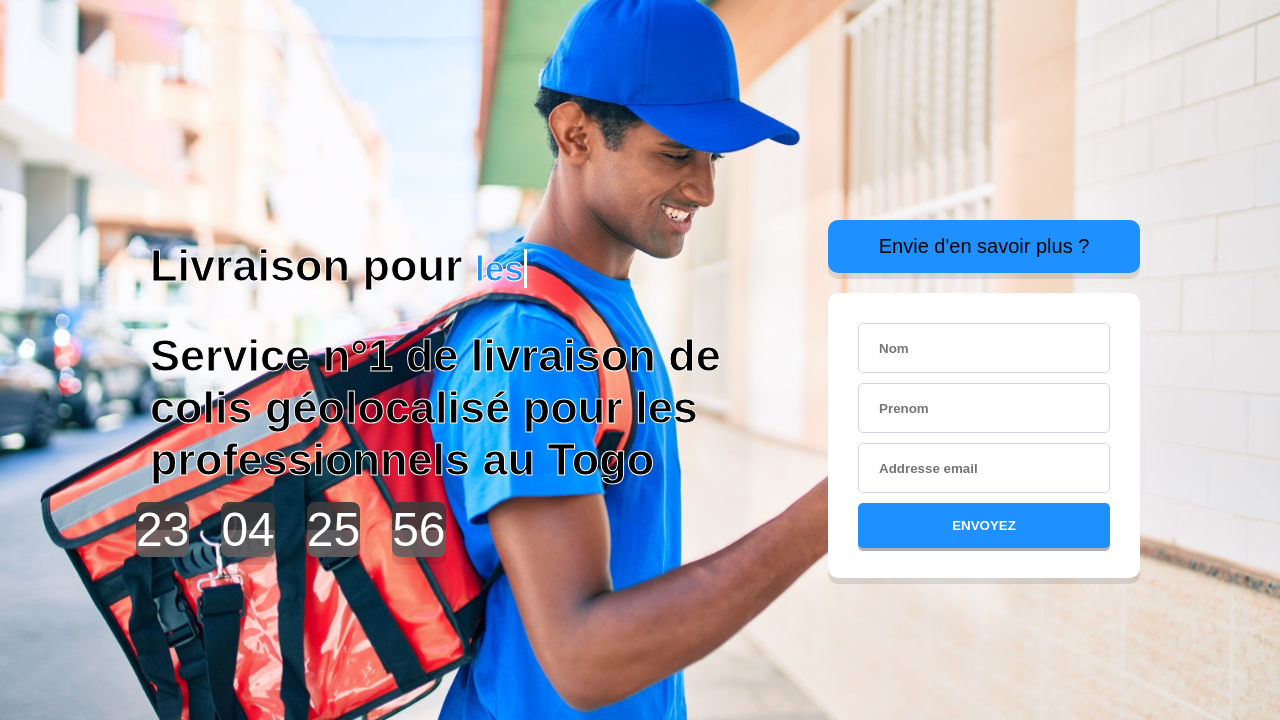
Repository: lawalalao/landpage
Page: index.html
These files come from the project's save history. The page is drawn as it stood at one moment and after the next save; the edit follows.
The browser window is 1280 px wide. The pictures show the whole page.
Some web fonts or font styles are not loaded; a fallback is used.

Above is the page before, as saved 2021-01-14 19:15:36.
Console error: TypeError: Cannot read properties of null (reading 'addEventListener')

### index.html
<!DOCTYPE html>
<html lang="en">
<head>
    <meta charset="UTF-8">

    <meta name="viewport" content="width=device-width, initial-scale=1.0">
    <link rel="shortcut icon" type="image/x-icon" href="./assets/icone.png">
    <meta http-equiv="refresh" content="30">
    <link href="./assets/fontawesome-free-5.15.1-web/css/all.css" rel="stylesheet">
    <link rel="preconnect" href="https://fonts.gstatic.com">
    <link href="https://fonts.googleapis.com/css2?family=Allerta+Stencil&display=swap" rel="stylesheet">
    <link rel="stylesheet" href="style.css">
    <title>chapchap</title>
     <meta name="description" content="Service n°1 de livraison de colis géolocalisé pour les professionnels au Togo.comingsoon">
</head>
<body>

        <div class="nav" id="navbar">
            <nav class="navbar navbar-light bg-light">
            <a class="navbar-brand" href="#">
                <img src="./assets/logo.png" width="90" height="90" alt="logo" loading="lazy">
            </a>
            </nav>
            <div class="social">
                <a href="https://web.facebook.com/chapchap.tg" target="_blank" ><i class="fab fa-facebook-square"></i></a>
                <a href="https://www.instagram.com/chapchap_tg/" target="_blank"><i class="fab fa-instagram-square"></i></a>
                <a href="https://twitter.com/chapchap_tg" target="_blank"><i class="fab fa-twitter-square"></i></a>
                <a href="https://www.linkedin.com/company/chapchap-tg" target="_blank" ><i class="fab fa-linkedin"></i></a>
            </div>
        </div>

    <section class="signup">
        <div class="signup-intro">
            <h1 class="z">Livraison pour
                <span class="txt-type" data-wait="500" data-words='["les colis", "les plis", "les marchandises", "le retail", "le dernier Kilometre"]'></span>
            </h1>
            <h1 class="x">Service n°1 de livraison de colis géolocalisé pour les professionnels au Togo</h1>
             <div class="countdown"></div>

        </div>

        <div class="signup-form">
            <div class="tryit-banner">
                <p>Envie d'en savoir plus ? </p>
            </div>

            <form action="https://formspree.io/f/xleollba" method="POST"">
                <input type="text" name="name" placeholder="Nom">
                <input type="text" name="name" placeholder="Prenom">
                <input type="email" name="_replyto"placeholder="Addresse email" required>

                <button class="button">Envoyez</button>

            </form>
        </div>
    </section>
</body>
<script src="./app.js"></script>
<script>  var prevScrollpos = window.pageYOffset;
      window.onscroll = function() {

      var currentScrollpos = window.pageYOffset;
      if(prevScrollpos > currentScrollpos) {
            document.getElementById("navbar").style.top = "0";
      } else {
            document.getElementById("navbar").style.top = "-400px";
      }

      prevScrollpos = currentScrollpos;

      }</script>
</html>

### style.css
body {
    font-family: 'Allerta Stencil',
    sans-serif;
    max-width: 310px;
    margin: 0 auto;
    padding: 20px 20px;
    background: url("./assets/image.jpeg") center no-repeat;
    background-repeat: no-repeat;
    background-size: cover;
    color: Black;
    text-align: center;
}
.social i{
    color:#1E90FF;
}
.nav {
    margin-top: 30px;
    position: fixed;
    z-index: 1000;
    top: 0;
    right: 30px;
    left: 40px;
    height: 35px;
    display: flex;
    flex-direction: column;
    justify-content: space-between;
    align-items: center;
    padding: 0 25px 0 25px;
    background-color: transparent;
    transition: top 0.3s;


}

.z{
    margin-top: 70px;
}
.nav a {
    float: left;
    font-size: 28px;
    font-weight: bold;
    margin-left: 25px;
    color: black;
    text-decoration: none;

}
.txt-type>.txt {
    font-size: 35px;
    color: #1E90FF;
    border-right: 0.2rem solid white;
}
h1{
    -webkit-text-stroke: 1px white;
    color:black;
}
p {
    font-size: 14px;
}

.tryit-banner {
    background-color:#1E90FF;
    border-radius: 10px;
    margin-top: 50px;
    box-shadow: 0px 6px 0px rgba(0, 0, 0, 0.1);
    font-size: 14px;
}

.tryit-banner p {
    padding: 15px 0;
}

input, button {
    font-family: 'Allerta Stencil',
    sans-serif;
}

form {
    background-color: #fff;
    margin-top: 20px;
    display: flex;
    flex-direction: column;
    padding: 20px;
    border-radius: 10px;
    box-shadow: 0px 6px 0px rgba(0, 0, 0, 0.1);
}

input {
    box-sizing: border-box;
    width: 100%;
    height: 50px;
    padding-left: 20px;
    font-weight: 600;
    border: 1px solid hsl(245, 35%, 87%);
    border-radius: 5px;
    margin-bottom: 10px;
    transition: 0.1s;
}

input:hover {
    border: 1px solid hsl(246, 25%, 77%);
}

.button {
    background-color:#1E90FF;
    font-family: 'Allerta Stencil',
    sans-serif;
    border: none;
    border-radius: 5px;
    box-shadow: 0px 3px 0px rgba(0, 0, 0, 0.3);
    padding: 15px 0;
    text-transform: uppercase;
    color: #fff;
    font-weight: 600;
    transition: 0.5s;
}

.button:hover {
    background-color:#042b52;
}

.form-disclaimer {
    color: hsl(246, 25%, 77%);
    font-size: 10px;
}

.terms {
    text-decoration: none;
    font-weight: 600;
    color: hsl(0, 100%, 74%);
}
.countdown {

    display: flex;
    margin-left: -30px;
    font-size: 30px;
    font-weight: 200;
}

.countdown div {

    background: linear-gradient(to bottom,
            rgba(61, 58, 58, 0.9) 50%,
            rgba(99, 93, 93, 0.9) 0);
    color: white;
    margin: 1rem 1rem 3rem 1rem;
    font-size: 3rem;
    font-weight: 400;
    display: flex;
    justify-content: center;
    align-items: center;
    box-shadow: 0px 8px 0px rgba(0, 0, 0, 0.1);
    border-radius: 8px;
    position: relative;
}

.countdown div::before {
    content: "";
    position: absolute;
    height: 0.24rem;
    background-color: #17181b;
}

.countdown div::after {
    content: attr(data-content);
    font-size: 6rem;
    font-weight: 400;
    position: absolute;
    bottom: -6rem;
}

@media screen and (min-width: 480px) {
    .countdown {
        font-size: 25px;
        display: flex;
    }

    .navbar-brand img {
        margin-top: 10px;
    }
    .countdown div {
        display: flex;
        margin: 1rem 1rem 1rem 1rem;
        font-size: 2rem;
        flex-direction: column;
    }

    .countdown div::after {
        font-size: 2rem;
        display: flex;
        flex-direction: column;
        width: 60%;

    }
}

@media screen and (min-width: 768px) {
    .countdown {
        font-size: 56px;
    }

    .countdown {
        font-size: 25px;
        display: flex;
    }

    .countdown div {
        display: flex;
        margin: 1rem 1rem 1rem 1rem;
        font-size: 3rem;
        flex-direction: column;
    }

    .countdown div::after {
        font-size: 2.2rem;
        display: flex;
        flex-direction: column;
        width: 60%;
    }

    .signup {
        text-align: center;
    }
}

@media screen and (min-width: 1024px) {
    header .content .countdown {
        font-size: 72px;

    }
}

@media screen and (min-width: 1280px) {
    .content .countdown {
        font-size: 56px;
    }
}
@media screen and (min-width: 900px) {
    .nav{
        height: 80px;
    }
    .nav a {
        float: left;
        font-size: 40px;
        font-weight: bold;
        margin-left: 25px;
        color: black;
        text-decoration: none;

    }
    .signup {
        display: flex;
        justify-content: space-between;
    }

    .signup-intro {
        margin-top: 25px;
        width: 100%;
        margin-left: 10px;
        display: flex;
        flex-direction: column;
        justify-content: center;
        text-align: left;
    }

    .signup-form {
        width: 46%;
        font-family: 'Allerta Stencil',
        sans-serif;
        margin-top: 30px;
    }
    form {
        padding: 30px;
    }

    body {
        margin:100px auto;
        max-width: 1000px;
        padding: 40px 20px;
        background: url("./assets/image.jpeg") ;
        background-repeat: no-repeat;
        background-size: cover;
        font-family: 'Allerta Stencil',
        sans-serif;
    }

    h1 {
        font-size:45px;
        margin-bottom: 0px;
        -webkit-text-stroke: 1px white;
        color:black;
    }

    p {
        font-size: 20px;
    }
}

### app.js
const countdown = document.querySelector(".countdown");

const interval = setInterval(() => {
  const deadline = new Date(2021,01, 05, 00, 00, 00);

  const current = new Date();

  const diff = deadline - current;

  const days = Math.floor(diff / (1000 * 60 * 60 * 24)) + "";
  const hours = Math.floor((diff / (1000 * 60 * 60)) % 24) + "";
  const minutes = Math.floor((diff / (1000 * 60)) % 60) + "";
  const seconds = Math.floor((diff / 1000) % 60) + "";

  countdown.innerHTML = `
    <div data-content="">${days.length === 1 ? `0${days}` : days}</div>
    <div data-content="">${hours.length === 1 ? `0${hours}` : hours}</div>
    <div data-content="">${
      minutes.length === 1 ? `0${minutes}` : minutes
    }</div>
    <div data-content="">${
      seconds.length === 1 ? `0${seconds}` : seconds
    }</div>
`;

  if (diff < 0) {
    clearInterval(interval);
    countdown.innerHTML = "<h1>Here We Go!!!</h1>";
  }

  document.querySelector(".reset").addEventListener("click", () => {
    clearInterval(interval);

    const divs = document.querySelectorAll(".countdown div");

    divs.forEach((div) => {
      div.innerHTML = "00";
    });
  });
}, 1000);


// ES6 Class
class TypeWriter {
  constructor(txtElement, words, wait = 3000) {
    this.txtElement = txtElement;
    this.words = words;
    this.txt = '';
    this.wordIndex = 0;
    this.wait = parseInt(wait, 10);
    this.type();
    this.isDeleting = false;
  }

  type() {
    // Current index of word
    const current = this.wordIndex % this.words.length;
    // Get full text of current word
    const fullTxt = this.words[current];

    // Check if deleting
    if(this.isDeleting) {
      // Remove char
      this.txt = fullTxt.substring(0, this.txt.length - 1);
    } else {
      // Add char
      this.txt = fullTxt.substring(0, this.txt.length + 1);
    }

    // Insert txt into element
    this.txtElement.innerHTML = `<span class="txt">${this.txt}</span>`;

    // Initial Type Speed
    let typeSpeed = 300;

    if(this.isDeleting) {
      typeSpeed /= 2;
    }

    // If word is complete
    if(!this.isDeleting && this.txt === fullTxt) {
      // Make pause at end
      typeSpeed = this.wait;
      // Set delete to true
      this.isDeleting = true;
    } else if(this.isDeleting && this.txt === '') {
      this.isDeleting = false;
      // Move to next word
      this.wordIndex++;
      // Pause before start typing
      typeSpeed = 500;
    }

    setTimeout(() => this.type(), typeSpeed);
  }
}


// Init On DOM Load
document.addEventListener('DOMContentLoaded', init);

// Init App
function init() {
  const txtElement = document.querySelector('.txt-type');
  const words = JSON.parse(txtElement.getAttribute('data-words'));
  const wait = txtElement.getAttribute('data-wait');
  // Init TypeWriter
  new TypeWriter(txtElement, words, wait);
}

Loaded but not shown: assets/fontawesome-free-5.15.1-web/css/all.css (library)

After the next save:
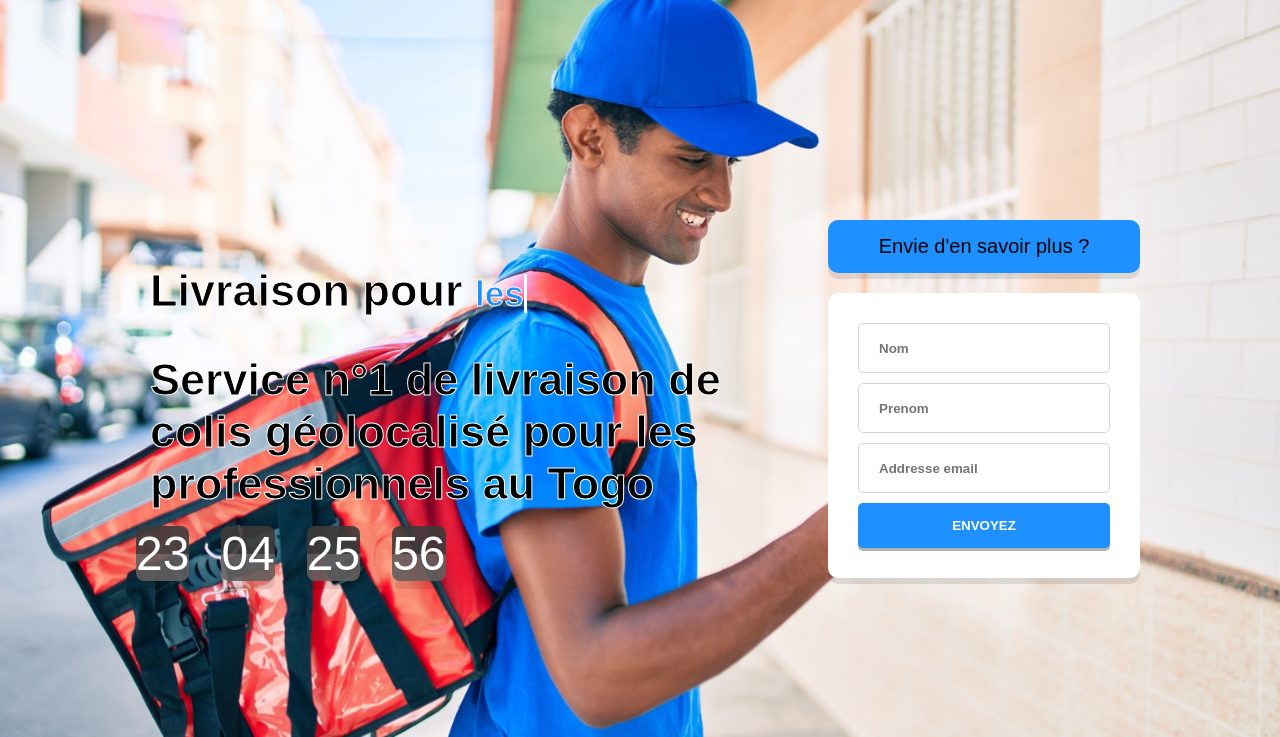
Saved 19 s later.
--- a/style.css
+++ b/style.css
@@ -22,7 +22,7 @@ body {
     left: 40px;
     height: 35px;
     display: flex;
-    flex-direction: column;
+    flex-direction: row;
     justify-content: space-between;
     align-items: center;
     padding: 0 25px 0 25px;
@@ -33,7 +33,7 @@ body {
 }
 
 .z{
-    margin-top: 70px;
+    margin-top: 100px;
 }
 .nav a {
     float: left;
